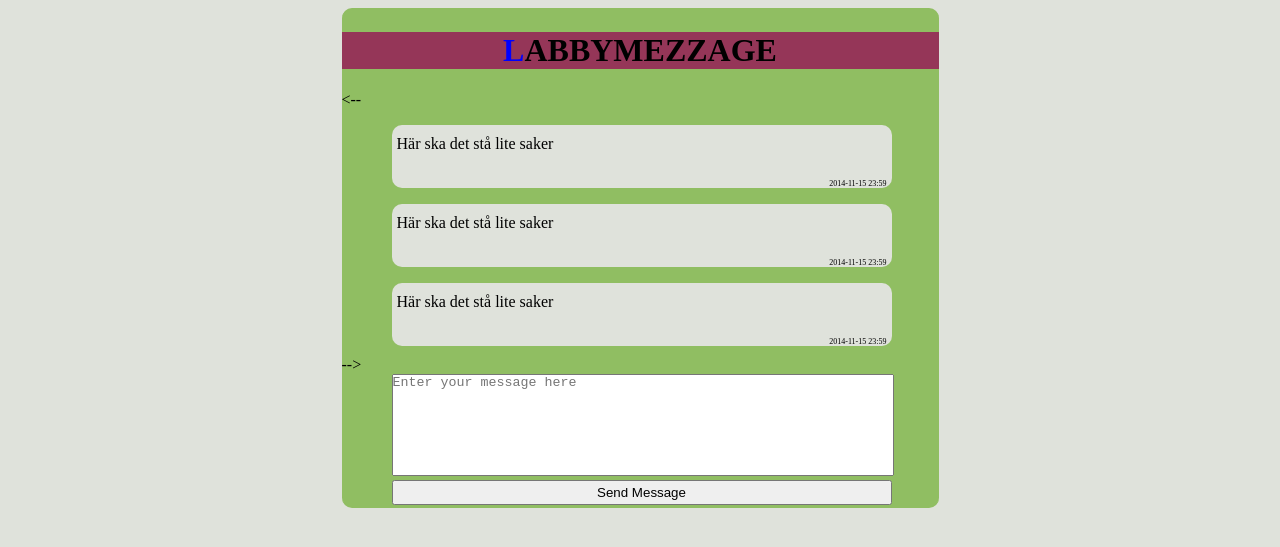
Repository: vr222bt/1dv403-laborationer
Page: 2-labbymezzage/index.html
The author's editor kept a record of every edit. The page is drawn from the files as they stood at one moment, then again after the next edit.
The browser window is 1280 px wide. The pictures show the whole page.

Above is the page before.

### 2-labbymezzage/index.html
<!doctype html>
<html lang="sv">
    <head>
        <link rel="stylesheet" href="style.css" />
        <meta charset="utf-8" />
        <title>Labbymezzage</title>
    </head>
    <body>
        <div id="container">
            <header>
                <h1>Labbymezzage</h1>
            </header>
            <main>
                <div id="messages">
                    <--
                    <div class="message">
                        <p>Här ska det stå lite saker</p>
                        <footer>
                            <p>2014-11-15 23:59</p>
                        </footer>
                    </div>
                    <div class="message">
                        <p>Här ska det stå lite saker</p>
                        <footer>
                            <p>2014-11-15 23:59</p>
                        </footer>
                    </div>
                    <div class="message">
                        <p>Här ska det stå lite saker</p>
                        <footer>
                            <p>2014-11-15 23:59</p>
                        </footer>
                    </div>
                   -->
                </div>
                <form>
                    <textarea id="text" placeholder="Enter your message here"></textarea>
                    <input type="submit"id="button" value="Send Message">
                </form>
            </main>


        </div>
        <script type="text/javascript" src="message.js" ></script>
        <script type="text/javascript" src="run.js" ></script>
    </body>
</html>

### 2-labbymezzage/style.css
body
    {
        background-color: #DFE2DB;
    }
#container
    {
        max-width: 597px;
        border-style: solid;
        border-width: 3px;
        border-color: #90BE62;
        border-radius: 10px ;
        border-left-width: 0px;
        border-right-width: 0px;
        margin-right: auto;
        margin-left: auto;
        background-color: #90BE62;

    }

#text
    {
        width: 500px;
        height: 100px;
        margin-left: 50px;
        margin-right: 50px;
        resize: none;
        padding: 0;
    }

#button
    {
        width: 500px;
        height: 25px;
        margin-left: 50px;
        margin-right: 50px;

    }

h1
    {
        text-align: center;
        text-transform: uppercase;
        background-color: #953658;
    }

h1:first-letter
    {
        color: blue;
    }

.message
    {
        width: 500px;
        margin-left: 50px;
        margin-right: 50px;
        margin-top: 10px;
        margin-bottom: 10px;
        border-radius: 10px;
        background-color: #DFE2DB ;
    }

.message p
    {
        padding-top: 10px;
        padding-left: 5px;
    }

.message footer p
    {
        text-align: right;
        padding-right: 5px;
        font-size: 50%
    }

### 2-labbymezzage/message.js
"use strict";

function Message(message, date){

    this.getText = function() {
        return message;
    };
    this.setText = function(_text) {
        message = _text;
    };
    this.getDate = function() {
        return date;
    };
    this.setDate = function(_date) {
        date = _date;
    };
}

Message.prototype.toString = function(){
    return this.getText()+" ("+this.getDate()+")";
};

Message.prototype.getHTMLText = function(){
    return this.getText().replace("\n","<br />");
};

### 2-labbymezzage/run.js
"use strict";

var messageBoard = {

    messages: [],
    init:  function(e){
        /*
        var message1 = new Message("test1", new Date());
        var message2 = new Message("test2", new Date());
        messageBoard.messages.push(message1, message2);
        alert(messageBoard.messages[1].getText());
        alert(message1.getText());
        alert(message2.getText());
        alert(message2.getDate());
        */


    }
};

window.onload = messageBoard.init;

After the next edit:
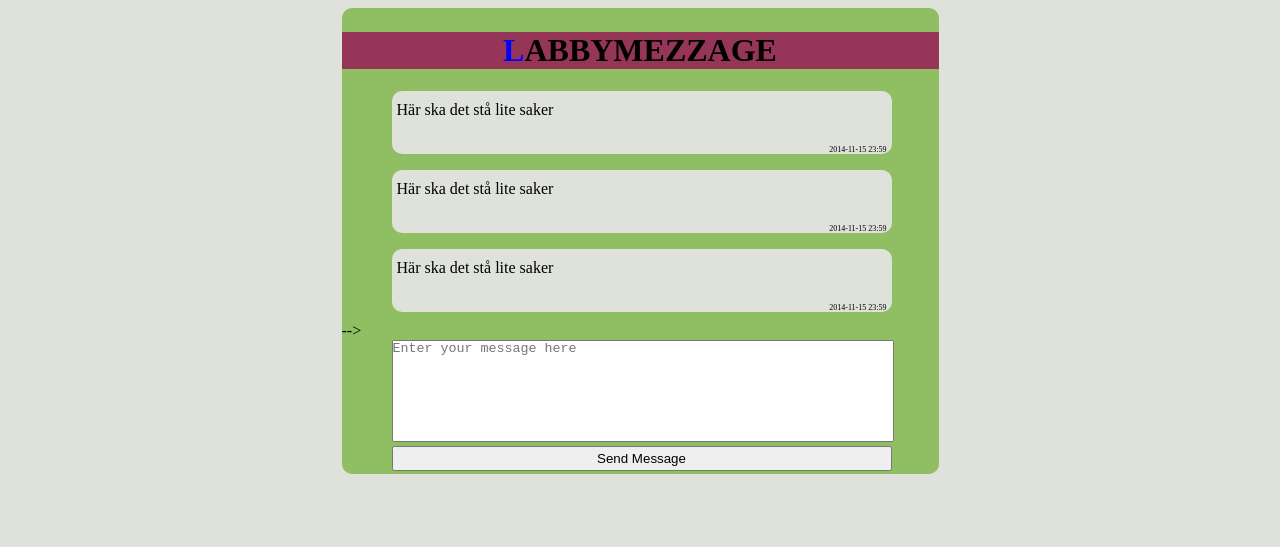
The edit:
--- a/2-labbymezzage/index.html
+++ b/2-labbymezzage/index.html
@@ -12,7 +12,7 @@
             </header>
             <main>
                 <div id="messages">
-                    <--
+
                     <div class="message">
                         <p>Här ska det stå lite saker</p>
                         <footer>
